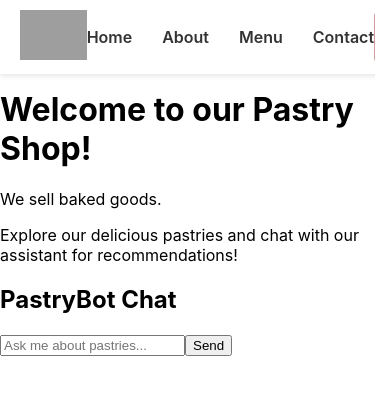
Repository: agrnerd17/Website-Chatbot
Page: / (app in pastry-chatbot/)
These files come from the project's save history. The page is drawn as it stood at one moment and after the next save; the edit follows.
The browser window is 375 px wide. The pictures show the whole page.
Pictures or frames that could not be fetched are drawn as grey boxes. The project was rebuilt for these pictures with package versions that can differ from the ones it lists, and the page was loaded fresh each time. Also part of the build but not shown: pastry-chatbot/src/styles/Chatbot.css.

Above is the page before, as saved 2024-12-08 00:31:57.

After the next save:
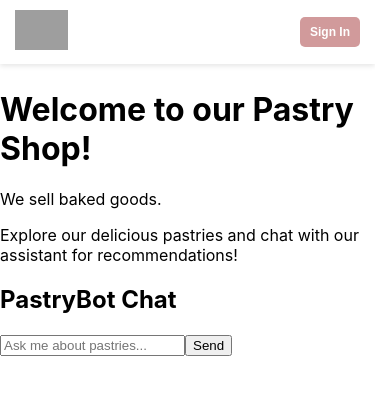
Saved 13 h 37 min later.
--- a/pastry-chatbot/src/styles/Navbar.css
+++ b/pastry-chatbot/src/styles/Navbar.css
@@ -10,6 +10,7 @@
     width: 100%;
     top: 0;
     z-index: 1000;
+    box-sizing: border-box;
   }
 
   /* Logo styling */
@@ -56,8 +57,35 @@
     font-weight: 600;
     cursor: pointer;
     transition: background-color 0.3s;
+    white-space: nowrap; /* Prevent text wrap */
   }
 
   .navbar-button:hover {
     background-color: #c08888; /* Slightly darker pink */
   }
+
+  /* Media query for responsiveness */
+  @media (max-width: 768px) {
+    .navbar-menu {
+      display: none; /* Hide menu on smaller screens */
+    }
+
+    .navbar-right {
+      gap: 10px;
+    }
+
+    .navbar {
+      padding: 10px 15px; /* Reduce padding on smaller screens */
+    }
+  }
+
+  @media (max-width: 480px) {
+    .navbar-button {
+      font-size: 12px;
+      padding: 8px 10px; /* Smaller button for small screens */
+    }
+
+    .navbar-logo img {
+      height: 40px; /* Resize logo */
+    }
+  }
